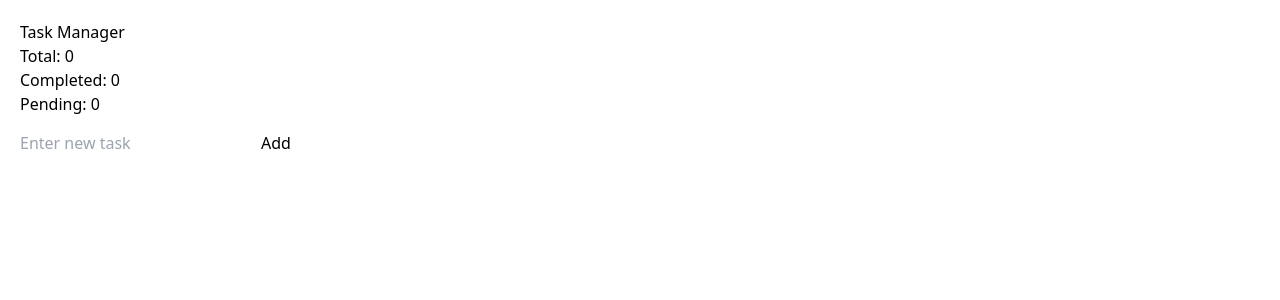
Repository: Meenakshi-commits/mern-task-manager
Page: / (app in client/)
An editor plug-in stored every save of this project. The page is shown before and after a run of saves, followed by the edit.
The browser window is 1280 px wide. The pictures show the whole page.
The page's requests for data from a server got no answer. The project was rebuilt for these pictures with package versions that can differ from the ones it lists, and the page was loaded fresh each time. No one was signed in, and anything a server would have sent is missing. Also part of the build but not shown: client/vite.config.js.

Above is the page before, as saved 2026-01-08 11:52:34.

### client/src/App.jsx
import { useEffect, useState } from "react";
import { getTasks, getTaskCount, createTask } from "./api";

function App() {
  const [tasks, setTasks] = useState([]);
  const [count, setCount] = useState({ total: 0, completed: 0, pending: 0 });
  const [title, setTitle] = useState("");

  useEffect(() => {
    fetchAll();
  }, []);

  const fetchAll = async () => {
    const taskRes = await getTasks();
    setTasks(taskRes.data);

    const countRes = await getTaskCount();
    setCount(countRes.data);
  };

  // ➕ Add task
  const handleAddTask = async () => {
    if (!title.trim()) {
      alert("Please enter a task");
      return;
    }

    await createTask({ title });
    setTitle("");
    fetchAll();
  };

  return (
    <div style={{ padding: "20px", maxWidth: "500px" }}>
      <h1>Task Manager</h1>

      {/* Counts */}
      <p>Total: {count.total}</p>
      <p>Completed: {count.completed}</p>
      <p>Pending: {count.pending}</p>

      {/* Add Task */}
      <div style={{ margin: "15px 0" }}>
        <input
          type="text"
          placeholder="Enter new task"
          value={title}
          onChange={(e) => setTitle(e.target.value)}
        />
        <button onClick={handleAddTask} style={{ marginLeft: "10px" }}>
          Add
        </button>
      </div>

      {/* Task List */}
      <ul>
        {tasks.map((task) => (
          <li key={task._id}>
            {task.title} {task.completed ? "✅" : "⏳"}
          </li>
        ))}
      </ul>
    </div>
  );
}

export default App;

### client/src/api.js
import axios from "axios";

const API_URL = "http://localhost:5000/api/tasks";

export const getTasks = () => axios.get(API_URL);
export const getTaskCount = () => axios.get(`${API_URL}/count`);

export const createTask = (task) => axios.post(API_URL, task);

Loaded but not shown: client/index.html (common file); client/src/main.jsx (common file); client/src/index.css (common file); client/tailwind.config.js (common file)

After the next 7 saves:
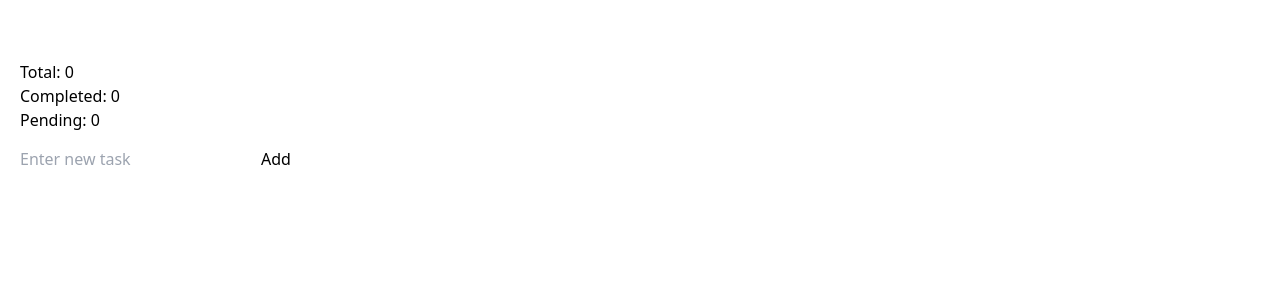
The 7 saves are shown as one change because 3 did not build or start and some came seconds apart.
The last was saved 71 s later.
--- a/client/src/App.jsx
+++ b/client/src/App.jsx
@@ -32,7 +32,7 @@ function App() {
 
   return (
     <div style={{ padding: "20px", maxWidth: "500px" }}>
-      <h1>Task Manager</h1>
+     <h1 className="text-white text-4xl font-bold">TaskManager</h1>
 
       {/* Counts */}
       <p>Total: {count.total}</p>
